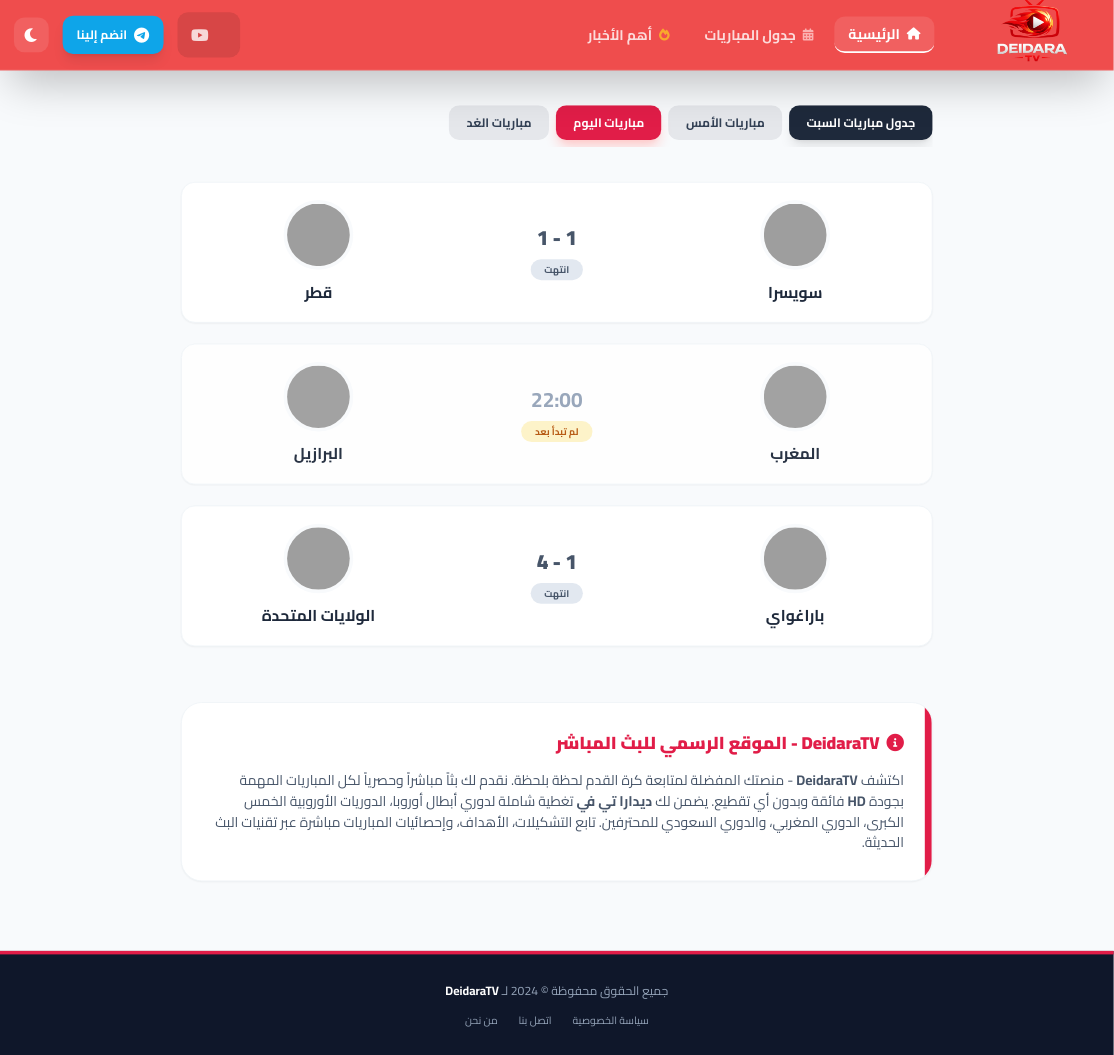
Repository: zakariax05/deidaraTV
Page: index.html
An editor plug-in stored every save of this project. The page is shown before and after the next save, followed by the edit.
The browser window is 1280 px wide. The pictures show the whole page, at 87% of full size.
Pictures or frames that could not be fetched are drawn as grey boxes. Some web libraries are served in a nearby version.

Above is the page before, as saved 2026-06-14 02:31:25.

After the next save:
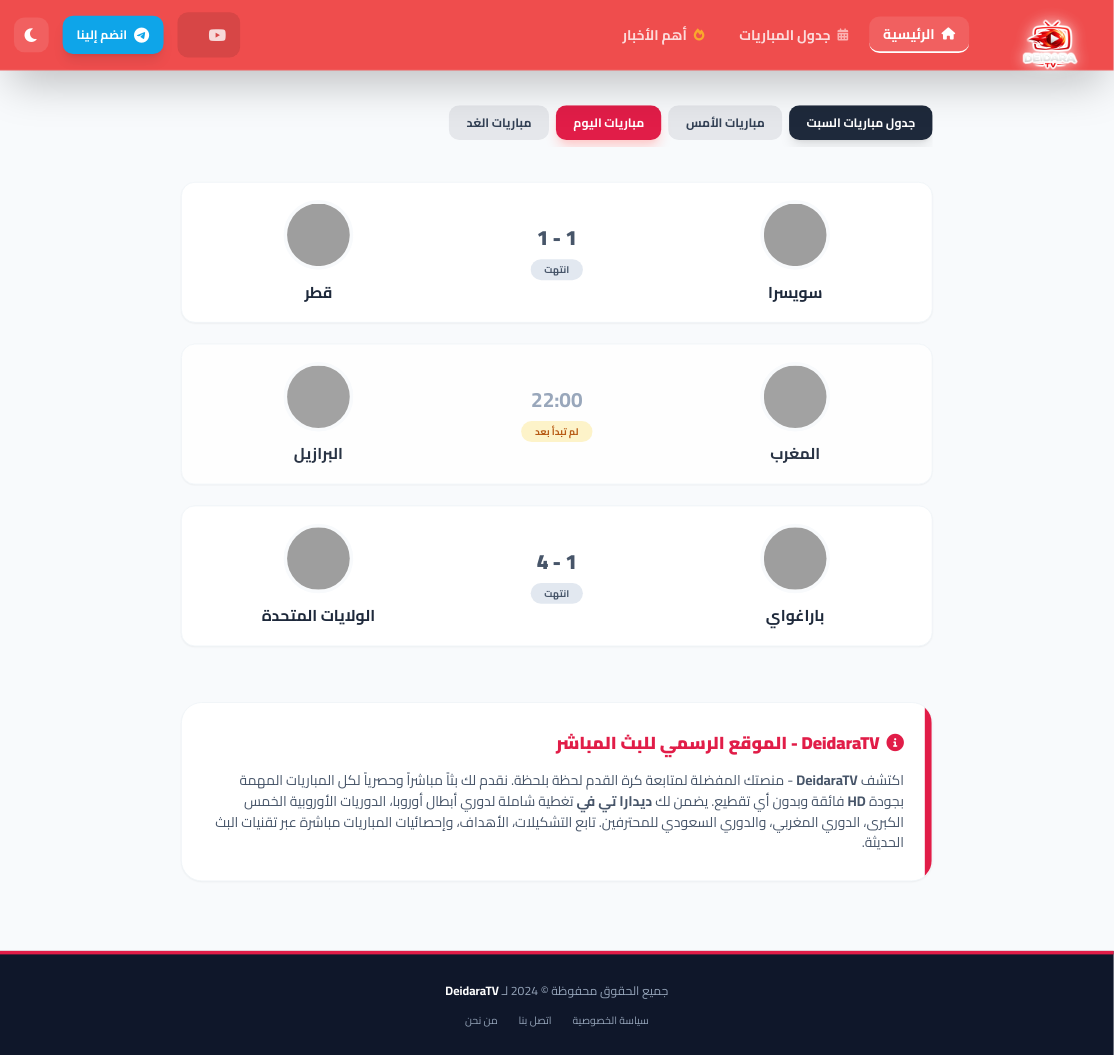
Saved 3 min 4 s later.
--- a/index.html
+++ b/index.html
@@ -45,20 +45,16 @@
   <header
     class="bg-red-500 text-white shadow-2xl sticky top-0 z-[100] backdrop-blur-md bg-opacity-95 border-b border-white/10">
     <div class="container mx-auto px-4">
-      <div class="flex justify-between items-center h-16 md:h-20">
-
-        <!-- القسم الأيمن: الشعار والقائمة -->
+      <div class="flex justify-between items-center h-16 md:h-20" dir="rtl">
+
         <div class="flex items-center gap-6 md:gap-10">
-          <!-- اللوجو مع ميزة إعادة التحميل -->
           <div onclick="window.location.reload()"
-            class="flex items-center gap-3 cursor-pointer group select-none transition-transform active:scale-95">
+            class="flex items-center cursor-pointer group select-none transition-transform active:scale-95 relative z-50">
             <img src="imgs/logo-deidaratv.png" alt="DeidaraTV Logo"
-              class="h-16 md:h-[150px] w-auto object-contain group-hover:brightness-110 transition-all"
-              style="filter: drop-shadow(1px 1px 0px #fff)  rgba(255,255,255,0.6);">
-
+              class="h-14 md:h-[110px] w-auto object-contain group-hover:brightness-110 transition-all transform md:translate-y-[15px]"
+              style="filter: drop-shadow(1px 1px 0px #fff) drop-shadow(-1px -1px 0px #fff) drop-shadow(1px -1px 0px #fff) drop-shadow(-1px 1px 0px #fff) drop-shadow(0px 0px 8px rgba(255,255,255,0.7));">
           </div>
 
-          <!-- الروابط الأساسية (تظهر في الشاشات الكبيرة) -->
           <nav class="hidden lg:flex items-center gap-2">
             <a href="#"
               class="flex items-center gap-2 px-4 py-2 rounded-xl bg-white/10 hover:bg-white/20 transition-all font-bold border-b-2 border-white">
@@ -75,11 +71,9 @@
           </nav>
         </div>
 
-        <!-- القسم الأيسر: أيقونات التواصل والأدوات -->
         <div class="flex items-center gap-2 md:gap-4">
 
-          <!-- أيقونات التواصل الاجتماعي بتنسيق أرقى -->
-          <div class="hidden sm:flex items-center bg-black/10 rounded-xl px-2 py-1 gap-1">
+          <div class="hidden sm:flex items-center bg-black/10 rounded-xl px-2 py-1 gap-1" dir="ltr">
             <a href="#" class="p-2 hover:bg-white/10 rounded-lg transition-colors text-white/80 hover:text-white"
               title="Twitter">
               <i class="fab fa-x-twitter text-lg"></i>
@@ -90,20 +84,17 @@
             </a>
           </div>
 
-          <!-- زر تليجرام (مميز بلونه الخاص) -->
           <a href="#"
             class="bg-sky-500 hover:bg-sky-400 text-white p-2 md:px-4 md:py-2 rounded-xl transition-all shadow-lg flex items-center gap-2 font-bold text-sm">
             <i class="fab fa-telegram-plane text-lg"></i>
             <span class="hidden md:inline">انضم إلينا</span>
           </a>
 
-          <!-- زر الوضع الليلي -->
           <button
             class="w-10 h-10 flex items-center justify-center rounded-xl bg-white/10 hover:bg-white/20 transition-colors">
             <i class="fas fa-moon text-lg"></i>
           </button>
 
-          <!-- زر الموبايل -->
           <button class="lg:hidden w-10 h-10 flex items-center justify-center rounded-xl bg-white/10 hover:bg-white/20">
             <i class="fas fa-bars text-xl"></i>
           </button>

After the save that followed:
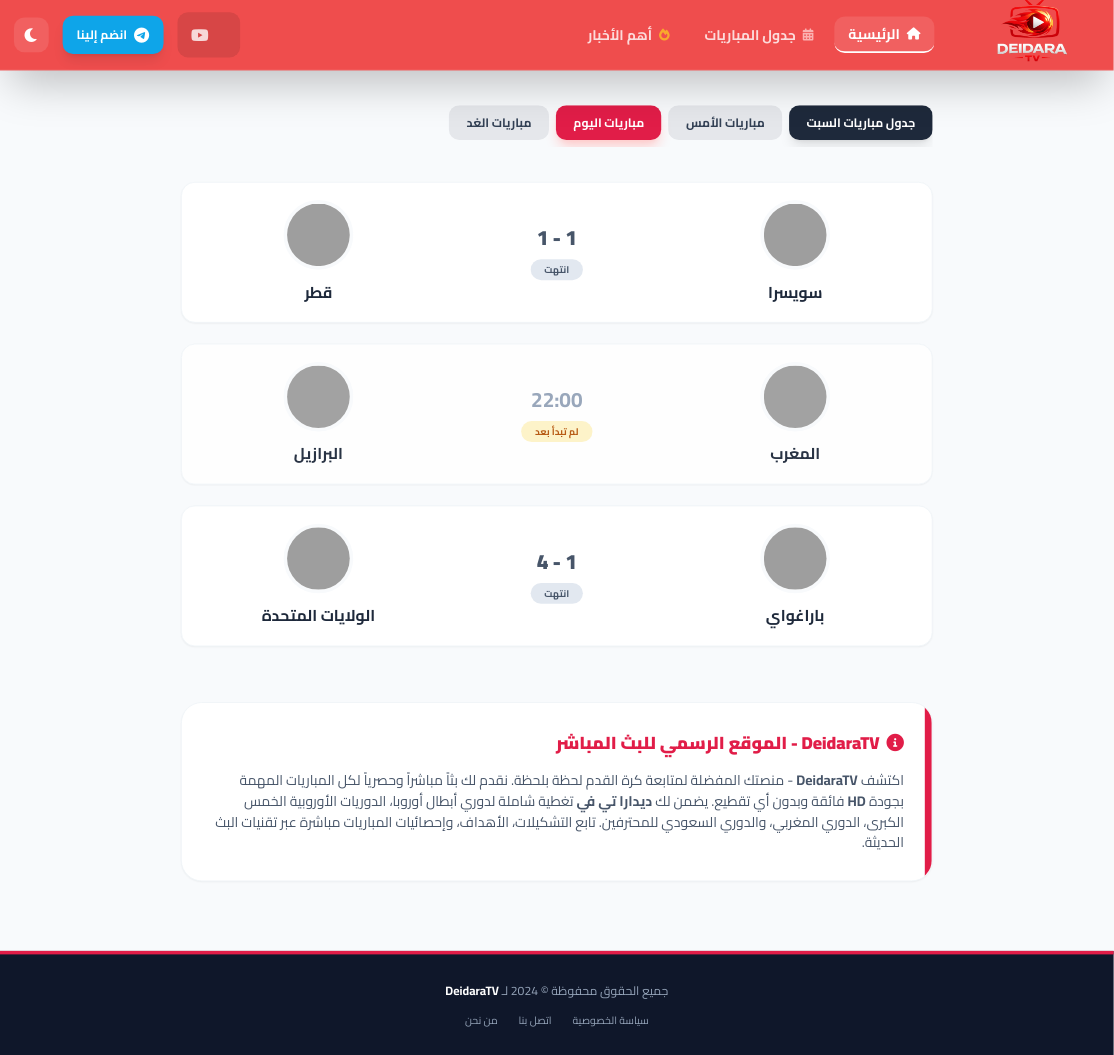
Saved 44 s later.
--- a/index.html
+++ b/index.html
@@ -45,16 +45,20 @@
   <header
     class="bg-red-500 text-white shadow-2xl sticky top-0 z-[100] backdrop-blur-md bg-opacity-95 border-b border-white/10">
     <div class="container mx-auto px-4">
-      <div class="flex justify-between items-center h-16 md:h-20" dir="rtl">
-
+      <div class="flex justify-between items-center h-16 md:h-20">
+
+        <!-- القسم الأيمن: الشعار والقائمة -->
         <div class="flex items-center gap-6 md:gap-10">
+          <!-- اللوجو مع ميزة إعادة التحميل -->
           <div onclick="window.location.reload()"
-            class="flex items-center cursor-pointer group select-none transition-transform active:scale-95 relative z-50">
+            class="flex items-center gap-3 cursor-pointer group select-none transition-transform active:scale-95">
             <img src="imgs/logo-deidaratv.png" alt="DeidaraTV Logo"
-              class="h-14 md:h-[110px] w-auto object-contain group-hover:brightness-110 transition-all transform md:translate-y-[15px]"
-              style="filter: drop-shadow(1px 1px 0px #fff) drop-shadow(-1px -1px 0px #fff) drop-shadow(1px -1px 0px #fff) drop-shadow(-1px 1px 0px #fff) drop-shadow(0px 0px 8px rgba(255,255,255,0.7));">
+              class="h-16 md:h-[150px] w-auto object-contain group-hover:brightness-110 transition-all"
+              style="filter: drop-shadow(1px 1px 0px #fff)  rgba(255,255,255,0.6);">
+
           </div>
 
+          <!-- الروابط الأساسية (تظهر في الشاشات الكبيرة) -->
           <nav class="hidden lg:flex items-center gap-2">
             <a href="#"
               class="flex items-center gap-2 px-4 py-2 rounded-xl bg-white/10 hover:bg-white/20 transition-all font-bold border-b-2 border-white">
@@ -71,9 +75,11 @@
           </nav>
         </div>
 
+        <!-- القسم الأيسر: أيقونات التواصل والأدوات -->
         <div class="flex items-center gap-2 md:gap-4">
 
-          <div class="hidden sm:flex items-center bg-black/10 rounded-xl px-2 py-1 gap-1" dir="ltr">
+          <!-- أيقونات التواصل الاجتماعي بتنسيق أرقى -->
+          <div class="hidden sm:flex items-center bg-black/10 rounded-xl px-2 py-1 gap-1">
             <a href="#" class="p-2 hover:bg-white/10 rounded-lg transition-colors text-white/80 hover:text-white"
               title="Twitter">
               <i class="fab fa-x-twitter text-lg"></i>
@@ -84,17 +90,20 @@
             </a>
           </div>
 
+          <!-- زر تليجرام (مميز بلونه الخاص) -->
           <a href="#"
             class="bg-sky-500 hover:bg-sky-400 text-white p-2 md:px-4 md:py-2 rounded-xl transition-all shadow-lg flex items-center gap-2 font-bold text-sm">
             <i class="fab fa-telegram-plane text-lg"></i>
             <span class="hidden md:inline">انضم إلينا</span>
           </a>
 
+          <!-- زر الوضع الليلي -->
           <button
             class="w-10 h-10 flex items-center justify-center rounded-xl bg-white/10 hover:bg-white/20 transition-colors">
             <i class="fas fa-moon text-lg"></i>
           </button>
 
+          <!-- زر الموبايل -->
           <button class="lg:hidden w-10 h-10 flex items-center justify-center rounded-xl bg-white/10 hover:bg-white/20">
             <i class="fas fa-bars text-xl"></i>
           </button>
